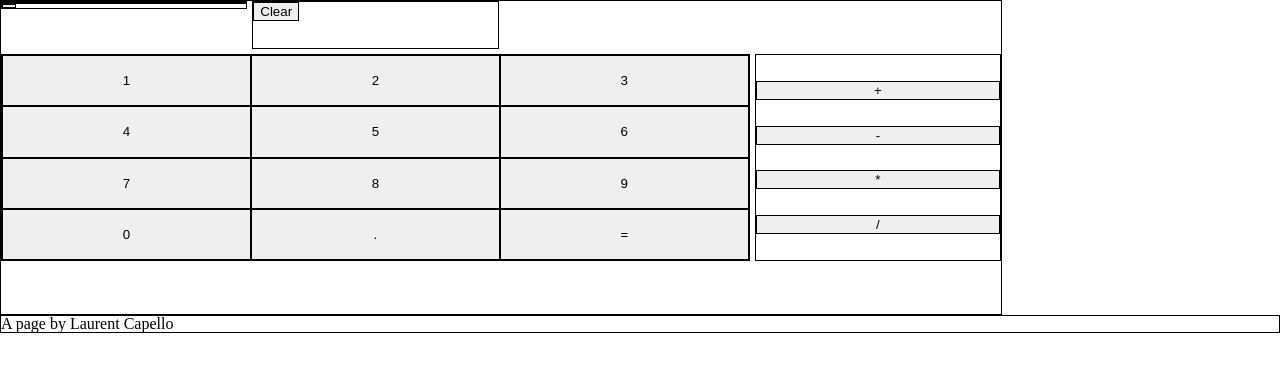
Repository: sokafootball/js-calculator
Page: index.html
The author's editor kept a copy of each file at every save. The page is drawn from the files as they stood at one save, then again after the next save.
The browser window is 1280 px wide. The pictures show the whole page.

Above is the page before, as saved 2020-04-26 12:27:17.

### index.html
<html>
<head>
  <link rel="stylesheet" type="text/css" href="reset.css">
  <link rel="stylesheet" type="text/css" href="style.css">
  <link rel="stylesheet" type="text/css" href="wireframe.css">
</head>
<body>
<main id="main">
  <div id="calculator">
    <div id="calc-top">
      <p id="display"></p>
      <button id="backspace" class="button"></button>
    </div>
    <div id="numpad">
      <button class="button">1</button>
      <button class="button">2</button>
      <button class="button">3</button>
      <button class="button">4</button>
      <button class="button">5</button>
      <button class="button">6</button>
      <button class="button">7</button>
      <button class="button">8</button>
      <button class="button">9</button>
      <button class="button">0</button>
      <button class="button">.</button>
      <button class="button">=</button>
    </div>
    <div id="operators">
      <button class="button">+</button>
      <button class="button">-</button>
      <button class="button">*</button>
      <button class="button">/</button>
    </div>
    <div id="calc-bottom">
      <button id="clear-button" class="button">Clear</button>
    </div>
  </div>
</main>
<footer>
  <p>A page by <span id="signature">Laurent Capello</span></p>
</footer>
<script type="text/javascript" src="script.js"></script>
</body>
</html>

### style.css
#backspace{
  grid-area: backspace;
}

#calc-top{
  margin-bottom: 40px;
}

#clear-button{
  grid-area: clear;
}

#display{
  grid-area: display;
}

#calculator{
  width: 1000px;
  display: grid;
  gap: 5px 5px;
  grid-template-areas:
    "display display display backspace"
    "numpad numpad numpad operators"
    "numpad numpad numpad operators"
    "numpad numpad numpad operators"
    "numpad numpad numpad operators"
    ". clear clear .";
  grid-template-columns: repeat(4, 1fr);
  grid-template-rows: repeat(6, 1fr);
}

#calc-mid{

}

#numpad{
  display: grid;
  grid-area: numpad;
  grid-template-columns: repeat(3, 1fr);
  grid-template-rows: repeat(4, 1fr);
}

#operators{
  display: flex;
  flex-direction: column;
  justify-content: space-evenly;
  grid-area: operators;
}

### wireframe.css
button, div, p {
  border: 1px solid black;
}

Loaded but not shown: reset.css (common file); script.js (no copy from this time; the picture is the same without it)

After the next save:
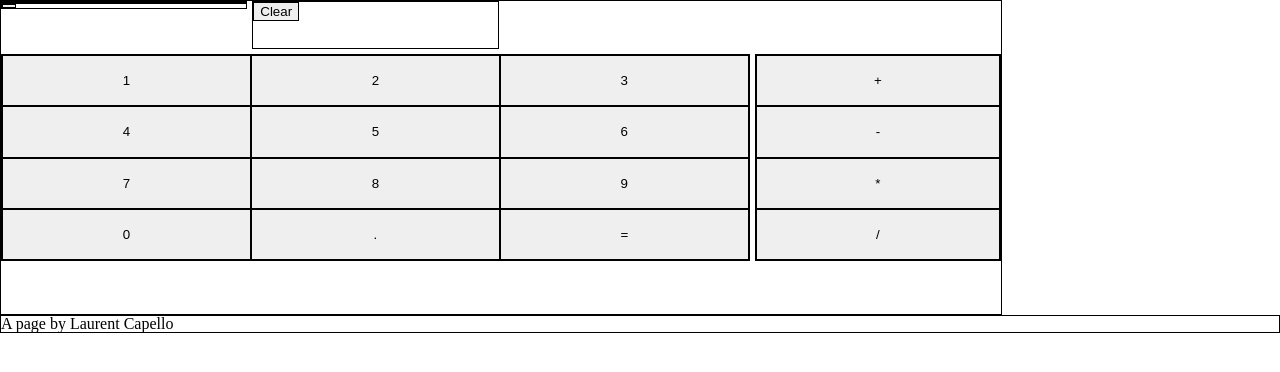
Saved 97 s later.
--- a/style.css
+++ b/style.css
@@ -46,3 +46,7 @@
   justify-content: space-evenly;
   grid-area: operators;
 }
+
+#operators button{
+  flex-grow: 1;
+}
